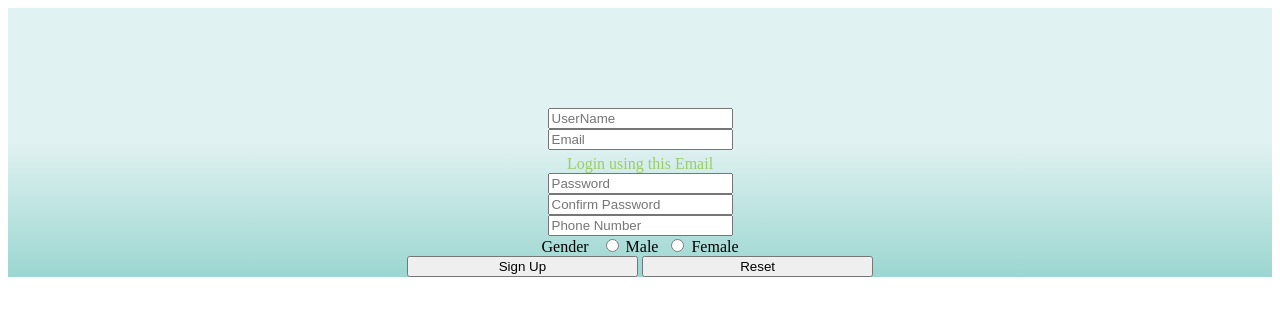
Repository: Indurupi/FriendZone
Page: FriendZoneFrontEnd/WebContent/signup.html
The author's editor kept a copy of each file at every save. The page is drawn from the files as they stood at one save, then again after the next save.
The browser window is 1280 px wide. The pictures show the whole page.

Above is the page before, as saved 2017-03-18 15:28:44.

After the next save:
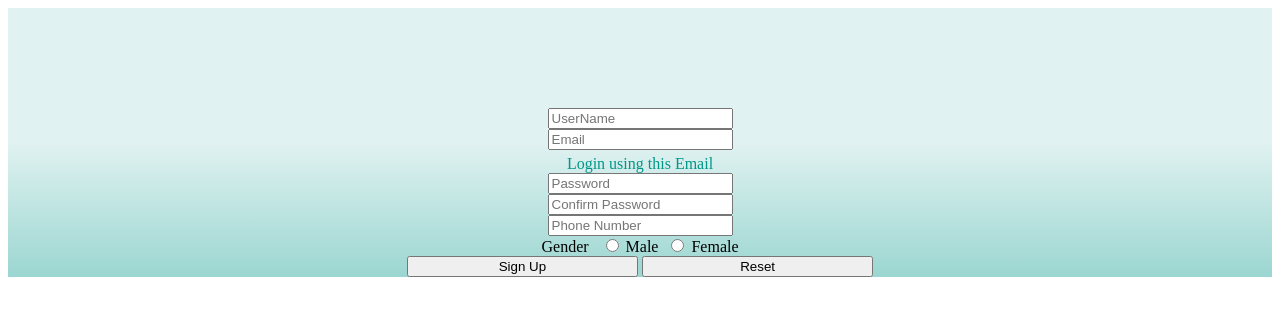
Saved 24 s later.
--- a/FriendZoneFrontEnd/WebContent/signup.html
+++ b/FriendZoneFrontEnd/WebContent/signup.html
@@ -33,7 +33,7 @@
 					<div class="glyphicon glyphicon-user"></div>
 				</span> <input type="text" class="form-control" placeholder="Email"
 					aria-describedby="basic-addon1" ng-model="home.user1.emailid" />
-								<div style="margin-top: 5px; color: #9ccc65;">
+								<div style="margin-top: 5px; color:  #009688;">
 				<span class="glyphicon glyphicon-hand-up"> </span> Login using this
 				Email
 			</div>
